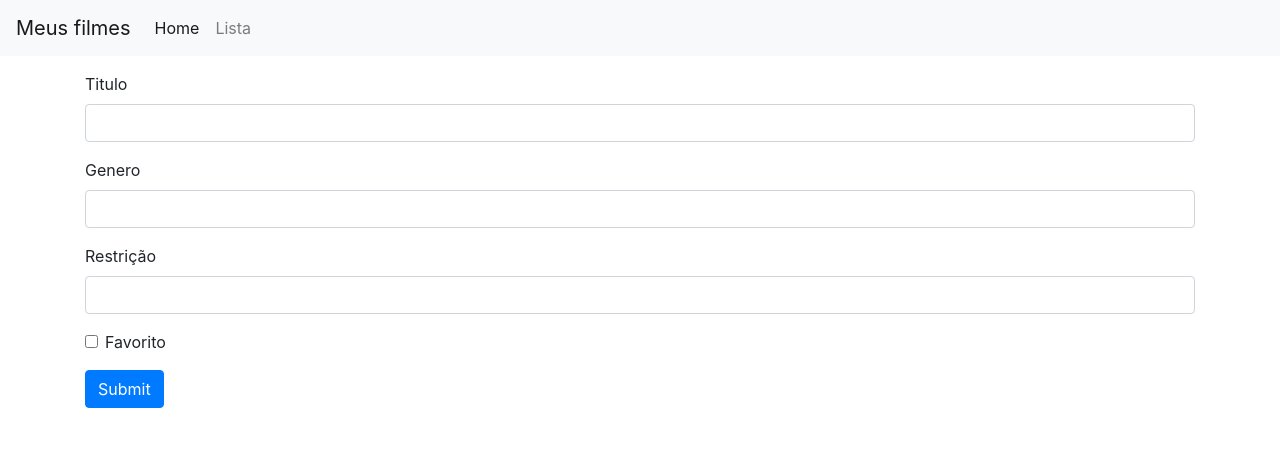
Repository: fernandoblumenau/javaWEB
Page: http://localhost/MeusFilmes/
These files come from the project's save history. The page is drawn as it stood at one moment and after the next save; the edit follows.
The browser window is 1280 px wide. The pictures show the whole page.
The page is served by Tomcat 10.

Above is the page before, as saved 2022-03-25 22:14:39.

After the next save:
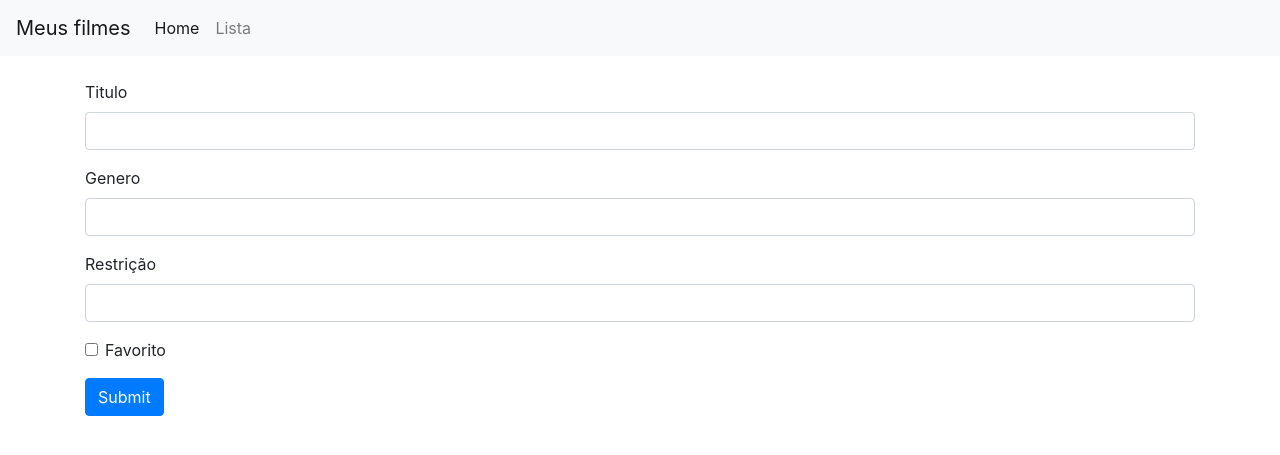
Saved 9 s later.
--- a/MeusFilmes/src/main/webapp/WEB-INF/home.jsp
+++ b/MeusFilmes/src/main/webapp/WEB-INF/home.jsp
@@ -33,7 +33,7 @@
 	</header>
 
 
-<div class = "container mt-3" >
+<div class = "container mt-4" >
 	<form>
 	  <div class="mb-3">
 	    <label for="titulo" class="form-label">Titulo</label>
